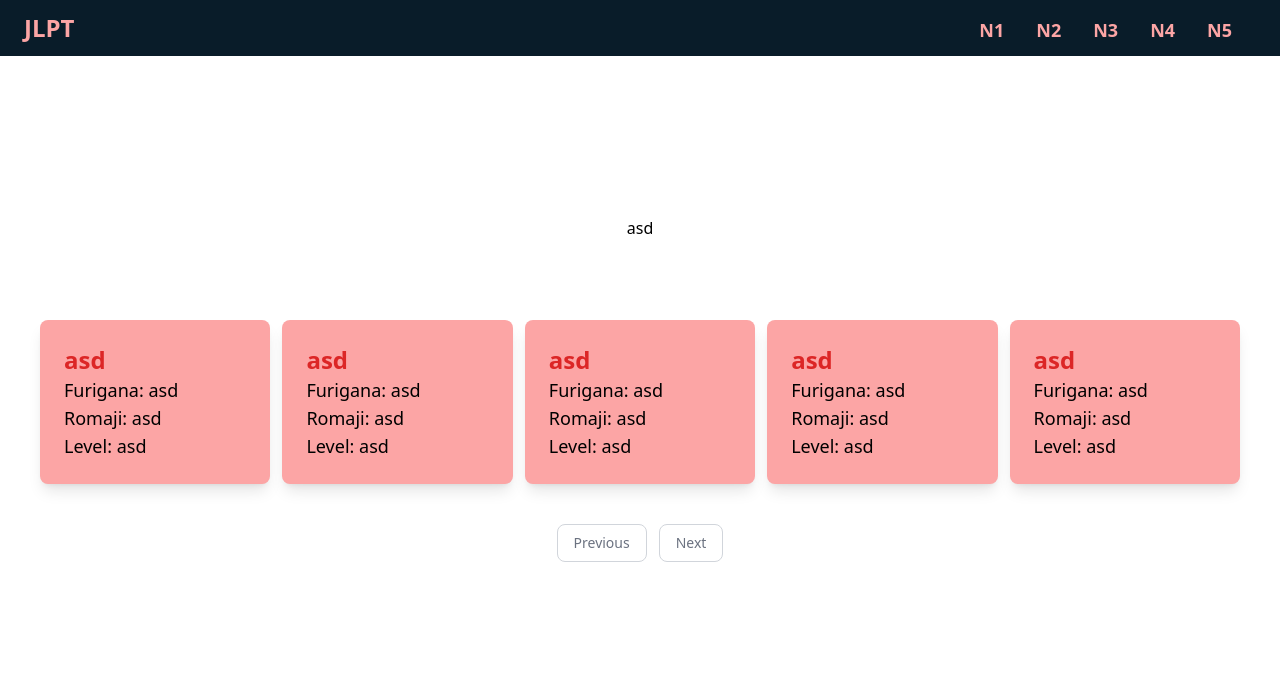
Repository: Penglee25/JLPT-vocabulary
Page: /n1
These files come from the project's save history. The page is drawn as it stood at one moment and after the next save; the edit follows.
The browser window is 1280 px wide. The pictures show the whole page.
The project was rebuilt for these pictures with package versions that can differ from the ones it lists, and the page was loaded fresh each time. The framework's server and built-in components were replaced by stand-ins that run in the browser. Also part of the build but not shown: next.config.js, src/styles/main.css.

Above is the page before, as saved 2023-03-17 13:42:01.

### src/pages/_app.tsx
import type { AppProps } from 'next/app';
import React from 'react';
import Head from '../components/head';

import '../styles/global.css';
import '../styles/main.css';

function MyApp({ Component, pageProps }: AppProps) {
  return (
    <React.Fragment>
      <Head />
      <Component {...pageProps} />
    </React.Fragment>
  )
}

export default MyApp;

### src/pages/n1.tsx
import Navbar from "../components/navbar";

export default function n1() {

    return (
        <div>
            <Navbar />
            <div className="container p-10">

                <div className="text-center mt-44">
                    <h1>asd</h1>
                </div>


                <div className=" mt-20 grid md:grid-cols-5 gap-3 grid-cols-3">
                    <div key={0} className="block rounded-lg bg-red-300 p-6 shadow-lg dark:bg-neutral-700">
                        <span className='text-2xl font-bold text-red-600'>asd</span>
                        <p className='my-0 text-lg'>Furigana: asd</p>
                        <p className='my-0 text-lg'>Romaji: asd</p>
                        <p className='my-0 text-lg'>Level: asd</p>
                    </div>
                    <div key={0} className="block rounded-lg bg-red-300 p-6 shadow-lg dark:bg-neutral-700">
                        <span className='text-2xl font-bold text-red-600'>asd</span>
                        <p className='my-0 text-lg'>Furigana: asd</p>
                        <p className='my-0 text-lg'>Romaji: asd</p>
                        <p className='my-0 text-lg'>Level: asd</p>
                    </div>
                    <div key={0} className="block rounded-lg bg-red-300 p-6 shadow-lg dark:bg-neutral-700">
                        <span className='text-2xl font-bold text-red-600'>asd</span>
                        <p className='my-0 text-lg'>Furigana: asd</p>
                        <p className='my-0 text-lg'>Romaji: asd</p>
                        <p className='my-0 text-lg'>Level: asd</p>
                    </div>
                    <div key={0} className="block rounded-lg bg-red-300 p-6 shadow-lg dark:bg-neutral-700">
                        <span className='text-2xl font-bold text-red-600'>asd</span>
                        <p className='my-0 text-lg'>Furigana: asd</p>
                        <p className='my-0 text-lg'>Romaji: asd</p>
                        <p className='my-0 text-lg'>Level: asd</p>
                    </div>
                    <div key={0} className="block rounded-lg bg-red-300 p-6 shadow-lg dark:bg-neutral-700">
                        <span className='text-2xl font-bold text-red-600'>asd</span>
                        <p className='my-0 text-lg'>Furigana: asd</p>
                        <p className='my-0 text-lg'>Romaji: asd</p>
                        <p className='my-0 text-lg'>Level: asd</p>
                    </div>
                </div>
                <div className="pagination text-center mt-10">
                    <a href="#" className="inline-flex items-center px-4 py-2 text-sm font-medium text-gray-500 bg-white border border-gray-300 rounded-lg hover:bg-gray-100 hover:text-gray-700 dark:bg-gray-800 dark:border-gray-700 dark:text-gray-400 dark:hover:bg-gray-700 dark:hover:text-white">
                        Previous
                    </a>

                    <a href="#" className="inline-flex items-center px-4 py-2 ml-3 text-sm font-medium text-gray-500 bg-white border border-gray-300 rounded-lg hover:bg-gray-100 hover:text-gray-700 dark:bg-gray-800 dark:border-gray-700 dark:text-gray-400 dark:hover:bg-gray-700 dark:hover:text-white">
                        Next
                    </a>
                </div>
            </div>
        </div>
    )
}

### src/components/head.tsx
import NextHead from 'next/head';

const title = 'JLPT Vocabulary API';
const desc = 'A RESTful / GraphQL API for JPLT vocabulary from N5 to N1';
const url = 'https://jlpt-keiz.vercel.app';

export default function Head() {
  return (
    <NextHead>
      <title>{title}</title>
      <meta name="description" content={desc} />
      <link rel="shortcut icon" type="image/x-icon" href="/icon-r.png" />

      <meta property="og:type" content="website" />
      <meta property="og:title" content={title} />
      <meta property="og:description" content={desc} />
      <meta property="og:url" content={url} />
      <meta property="og:image" content={`${url}/icon-s.png`} />

      <meta name="twitter:card" content="summary" />
    </NextHead>
  );
}

### src/styles/global.css
@tailwind base;
@tailwind components;
@tailwind utilities;

html {
  @apply antialiased;
}

.levels{
  color: #a2a2a2;
  font-weight: 600;
  transition: .3s;
  cursor: pointer;
}

.levels::after{
  content: '\261B';
  margin-left: 5px;
  position: absolute;
}

.levels:hover{
  color: black;
  text-decoration: underline;
}

### src/components/navbar.tsx
import Link from 'next/link'
import { useState } from 'react'

import { navLinks } from '../utils/data'

export default function Navbar() {
    const [isOpen, setIsOpen] = useState(false)
    const animate = useState(true)


    const NavMobile = ({ onClick }: any) => {
        // const animate = useStartAnimation()

        // return (
        //     <div className={`md:hidden flex flex-col text-white font-dosis w-11/12 mx-auto pl-2 pb-5 ${animate? '': 'translate-x-60 -translate-y-7 opacity-0'} transform transition duration-1000`}>

        //     </div>
        // )
    }

    return (
        <div style={{ backgroundColor: '#091c29' }} className='fixed top-0 w-full z-20 px-6'>
            <div className="w-full mx-auto py-3 flex items-center justify-between text-red-300 font-dosis transform transition duration-2500 text-2xl font-bold cursor-pointer">
                <Link href={navLinks[0].path}>
                <h3> JLPT </h3>
                </Link>
                <div className={`hidden md:block ${animate ? '' : 'translate-x-20 opacity-0'} transform transition duration-2500`}>
                    {
                        navLinks.map((nav: any, i) => (
                            <Link key={i} href={nav.path}>
                                <span className='font-bold text-lg mr-4 px-2 cursor-pointer border-b-2 border-transparent hover:border-white anim'>{nav.name}</span>
                            </Link>
                        ))
                    }
                </div>

                <div className='md:hidden -mr-1 flex'>
                </div>
            </div>


        </div>
    )
}

### src/utils/data.ts
export const navLinks = [
    { name: "",
     path: "/"
    },
    {
      name: "N1",
      path: "/n1",
    },
    {
      name: "N2",
      path: "/N2",
    },
    {
      name: "N3",
      path: "/N3",
    },
    {
      name: "N4",
      path: "/N4",
    },
    {
      name: "N5",
      path: "/N5",
    },
  ];

### tailwind.config.js
module.exports = {
	content: ["./src/**/*.tsx"],
	theme: {
		extend: {
			animation: {
				none: "none",
				spin: "spin 1s linear infinite",
				ping: "ping 1s cubic-bezier(0, 0, 0.2, 1) infinite",
				pulse: "pulse 2s cubic-bezier(0.4, 0, 0.6, 1) infinite",
				pulse1s: "pulse1s 1s cubic-bezier(0.4, 0, 0.6, 1) infinite",
				bounce: "bounce 1s infinite",
				newbounce: "newbounce 1s infinite",
				rebounce: "rebounce 1s infinite",
				float: "float 3s infinite",
				refloat: "refloat 3s infinite",
			},
			fontSize: {
				xs: ["0.75rem", { lineHeight: "1rem" }],
				sm: ["0.875rem", { lineHeight: "1.25rem" }],
				base: ["1rem", { lineHeight: "1.5rem" }],
				lg: ["1.125rem", { lineHeight: "1.75rem" }],
				xl: ["1.25rem", { lineHeight: "1.75rem" }],
				"2xl": ["1.5rem", { lineHeight: "2rem" }],
				"3xl": ["1.875rem", { lineHeight: "2.25rem" }],
				"4xl": ["2.25rem", { lineHeight: "2.5rem" }],
				"5xl": ["3rem", { lineHeight: "1" }],
				"6xl": ["3.75rem", { lineHeight: "1" }],
				"7xl": ["4.5rem", { lineHeight: "1" }],
				"8xl": ["6rem", { lineHeight: "1" }],
				"9xl": ["8rem", { lineHeight: "1" }],
			},
		},
	},
	plugins: [require("@tailwindcss/typography")],
};

After the next save:
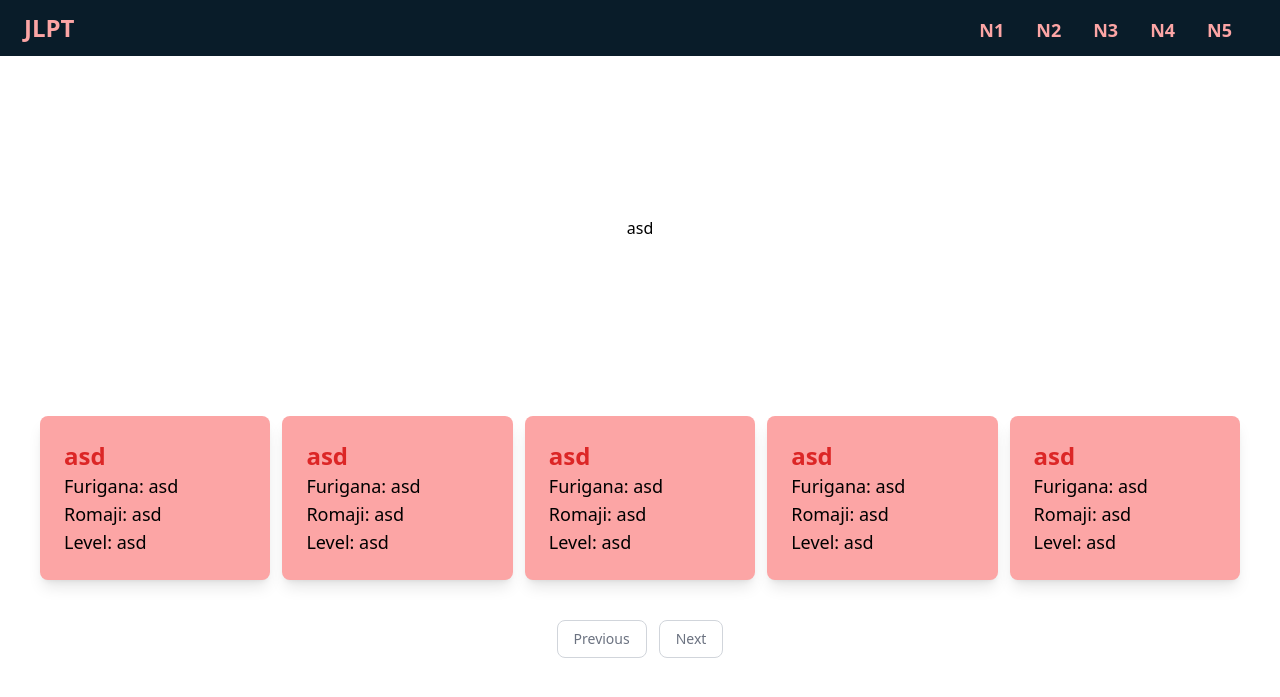
Saved 6 s later.
--- a/src/pages/n1.tsx
+++ b/src/pages/n1.tsx
@@ -7,7 +7,7 @@ export default function n1() {
             <Navbar />
             <div className="container p-10">
 
-                <div className="text-center mt-44">
+                <div className="text-center my-44">
                     <h1>asd</h1>
                 </div>
 
